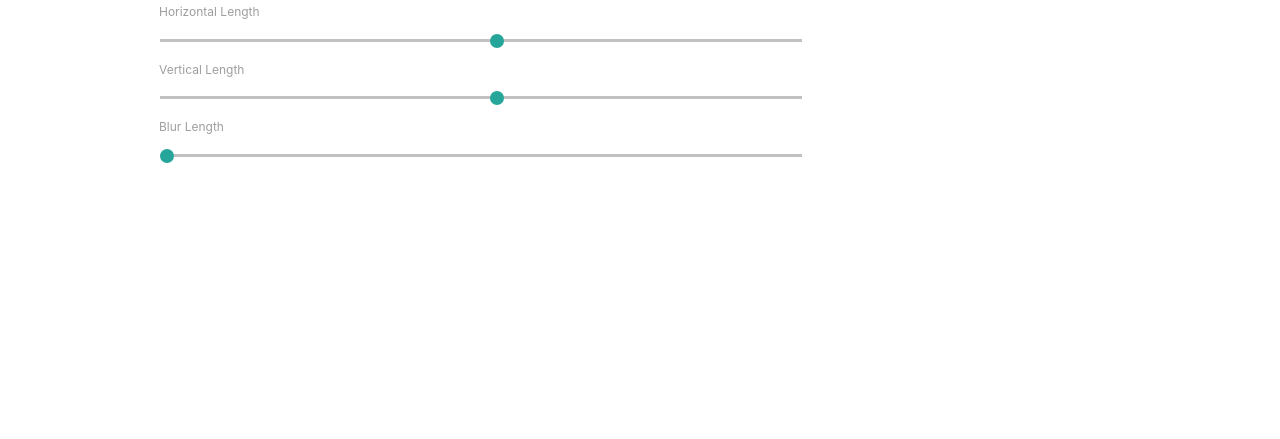
Repository: imrvj/Box-Shadow
Page: /
The author's editor kept a copy of each file at every save. The page is drawn from the files as they stood at one save, then again after the next save.
The browser window is 1280 px wide. The pictures show the whole page.
The project was rebuilt for these pictures with package versions that can differ from the ones it lists, and the page was loaded fresh each time.

Above is the page before, as saved 2020-02-19 23:19:48.

### public/index.html
<!DOCTYPE html>
<html lang="en">
  <head>
    <meta charset="utf-8" />
    <link rel="icon" href="%PUBLIC_URL%/favicon.ico" />
    <meta name="viewport" content="width=device-width, initial-scale=1" />
    <meta name="theme-color" content="#000000" />
    <meta
      name="description"
      content="Web site created using create-react-app"
    />
    <link rel="apple-touch-icon" href="%PUBLIC_URL%/logo192.png" />
    <!--
      manifest.json provides metadata used when your web app is installed on a
      user's mobile device or desktop. See https://developers.google.com/web/fundamentals/web-app-manifest/
    -->
    <link rel="manifest" href="%PUBLIC_URL%/manifest.json" />
    <!--
      Notice the use of %PUBLIC_URL% in the tags above.
      It will be replaced with the URL of the `public` folder during the build.
      Only files inside the `public` folder can be referenced from the HTML.

      Unlike "/favicon.ico" or "favicon.ico", "%PUBLIC_URL%/favicon.ico" will
      work correctly both with client-side routing and a non-root public URL.
      Learn how to configure a non-root public URL by running `npm run build`.
    -->
    <!-- Compiled and minified CSS -->
    <link rel="stylesheet" href="https://cdnjs.cloudflare.com/ajax/libs/materialize/1.0.0/css/materialize.min.css">

    <title>React App</title>
  </head>
  <body>
    <noscript>You need to enable JavaScript to run this app.</noscript>
    <div id="root"></div>
    <!--
      This HTML file is a template.
      If you open it directly in the browser, you will see an empty page.

      You can add webfonts, meta tags, or analytics to this file.
      The build step will place the bundled scripts into the <body> tag.

      To begin the development, run `npm start` or `yarn start`.
      To create a production bundle, use `npm run build` or `yarn build`.
    -->
       <!-- Compiled and minified JavaScript -->
       <script src="https://cdnjs.cloudflare.com/ajax/libs/materialize/1.0.0/js/materialize.min.js"></script>

  </body>
</html>

### src/App.js
import React, { useState } from 'react';

import './App.css';

function App() {
  const [Hori, setHori] = useState(10)
  const [Veri, setVeri] = useState(10)
  const [Blur, setBlur] = useState(0)
  return (
    <div className="App">

      <div className="controls">
      <label>Horizontal Length</label>
      <input type="range"  min="-200" max="200" value={Hori} onChange={(e)=>setHori(e.target.value)}/>
      <label>Vertical Length</label>
      <input type="range"  min="-200" max="200" value={Veri} onChange={(e)=>setVeri(e.target.value)}/>
      <label>Blur Length</label>
      <input type="range"  min="0" max="200" value={Blur} onChange={(e)=>setBlur(e.target.value)}/>
     </div>
      <div className="output">
        <div className="Box"></div>
      </div>
    </div>
  );
}

export default App;

### src/App.css
.App
{
    display: flex;
    justify-content: space-around;
}

Loaded but not shown: src/index.js (common file); src/index.css (common file); src/serviceWorker.js (common file)

After the next save:
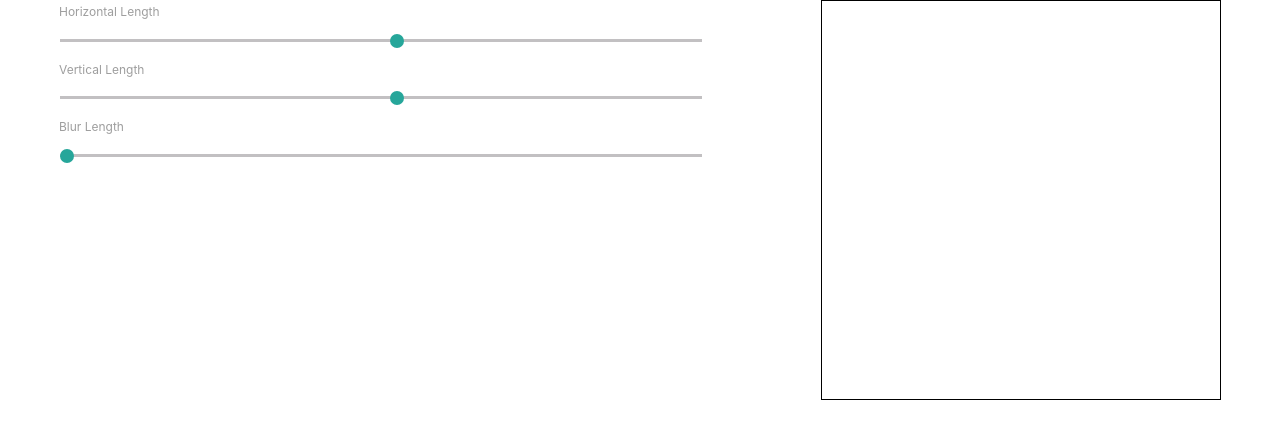
Saved 39 s later.
--- a/src/App.css
+++ b/src/App.css
@@ -3,3 +3,10 @@
     display: flex;
     justify-content: space-around;
 }
+
+.Box
+{
+    width: 400px;
+    height: 400px;
+    border: solid 1px black;
+}
